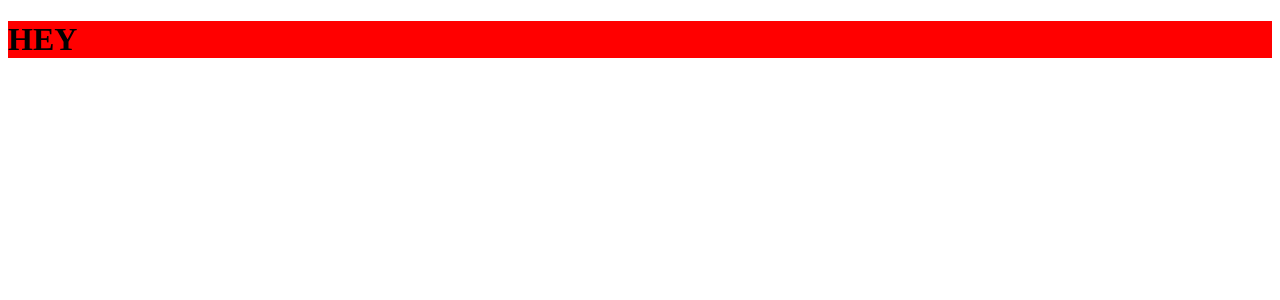
Repository: Ironicmanx/HTMLFILES
Page: responsive/responsive.html
These files come from the project's save history. The page is drawn as it stood at one moment and after a run of saves; the edit follows.
The browser window is 1280 px wide. The pictures show the whole page.

Above is the page before, as saved 2024-01-31 18:20:33.

After the next 5 saves:
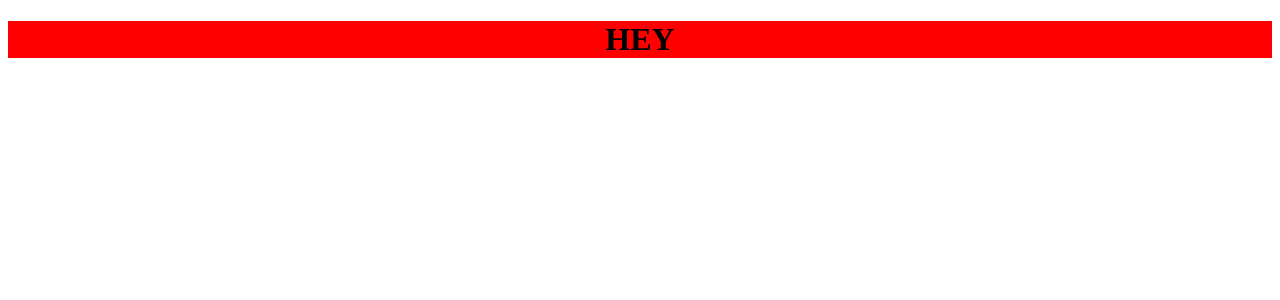
The 5 saves are shown as one change because they came seconds apart.
The last was saved 42 min 3 s later.
--- a/responsive/responsive.html
+++ b/responsive/responsive.html
@@ -7,9 +7,9 @@
     <title>Document</title>
 </head>
 <body>
-
+    <center>
     <h1>HEY</h1>
-
+</center>
 
 </body>
 </html>
